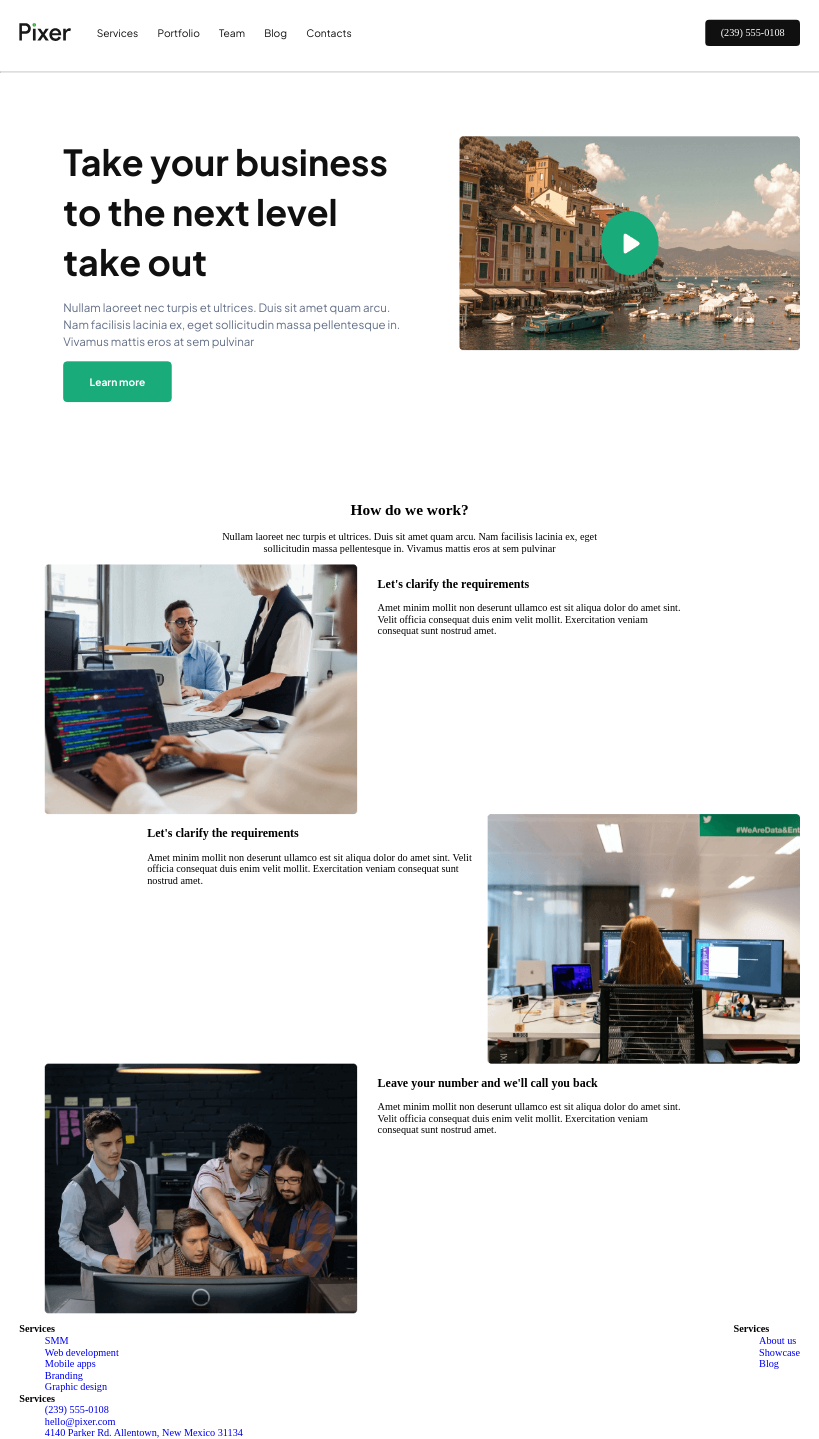
Repository: UlugbekAbdurasulov/pixar
Page: index.html
The author's editor kept a copy of each file at every save. The page is drawn from the files as they stood at one save, then again after the next save.
The browser window is 1280 px wide. The pictures show the whole page, at 64% of full size.

Above is the page before, as saved 2023-06-05 02:19:08.

After the next save:
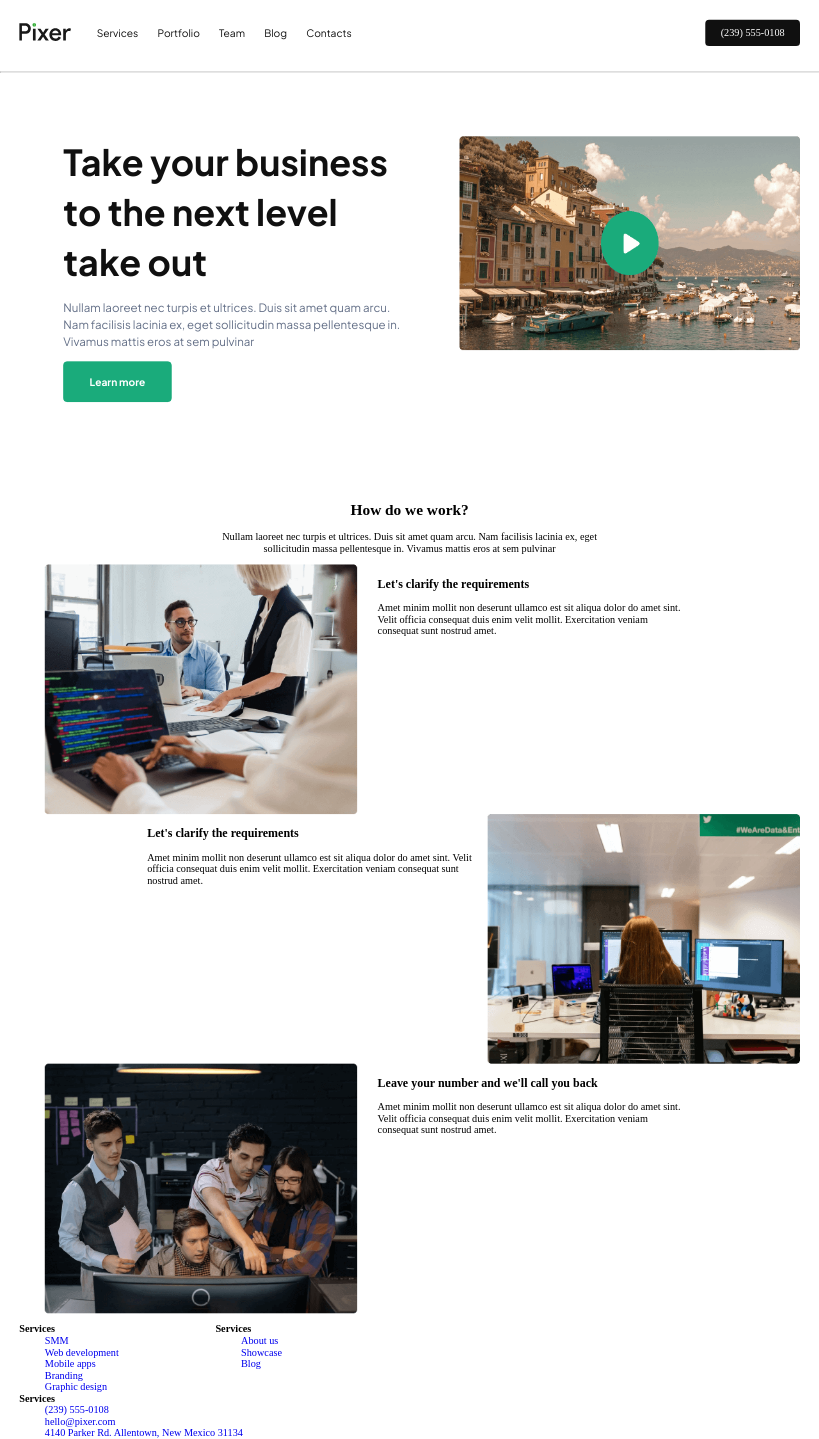
Saved 42 s later.
--- a/css/main.css
+++ b/css/main.css
@@ -194,7 +194,6 @@
 }
 .sayt-footer-start-box{
   display: flex;
-justify-content: space-between;
 }
 .sayt-footer-start-services{
   margin-right: 151px;

After the save that followed:
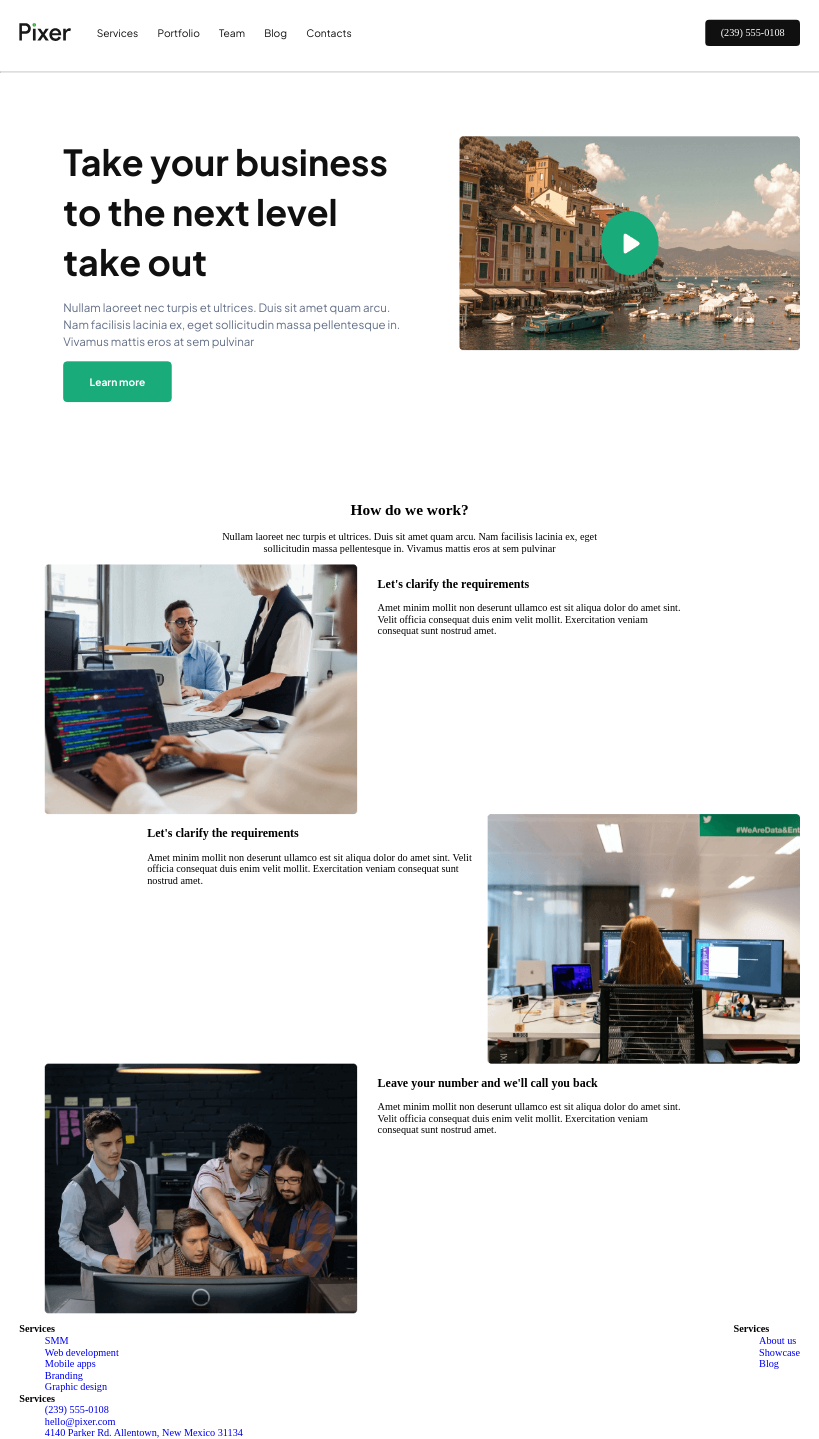
Saved 8 s later.
--- a/css/main.css
+++ b/css/main.css
@@ -194,6 +194,7 @@
 }
 .sayt-footer-start-box{
   display: flex;
+justify-content: space-between;
 }
 .sayt-footer-start-services{
   margin-right: 151px;
